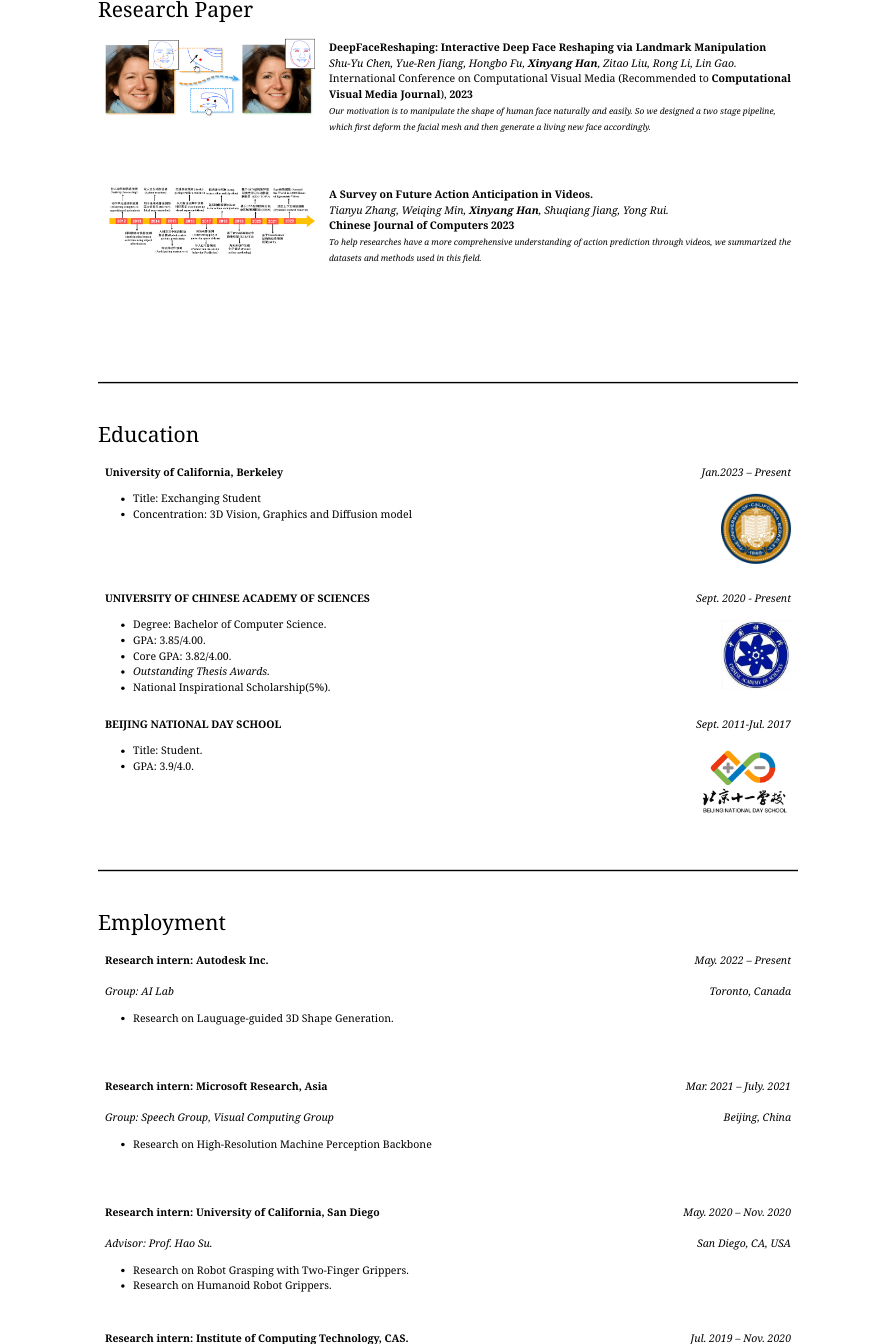
Repository: XinyangHan/XinyangHan.github.io
Page: index.html
These files come from the project's save history. The page is drawn as it stood at one moment and after the next save; the edit follows.
The browser window is 1280 px wide. The pictures show the part of the page from y = 692 to 2612 px (the page is 3293 px tall), at 70% of full size.

Above is the page before, as saved 2023-02-11 14:23:10.
Console error (its wording comes from the project's code and is left out).

### index.html
<!DOCTYPE html>
<html>

<head>
	<meta charset="utf-8">
	<meta name="keywords" content="Rao FU, Rao FU, Rao Fu Homepage, Rao Fu Webpage, Rao Fu UCAS, Rao Fu Brown">
	<meta name="description" content="Rao FU's homepage">
	<meta name="viewport" content="width=device-width, initial-scale=1">
	<title>Rao FU | Homepage</title>
	<link href="style.css" rel="stylesheet" />
	<style>
	</style>



</head>

<body>
<!-------------------------------------------------- Header -------------------------------------------------->
<div id="header">
	<h1> Xinyang Han </h1>
	<h2>Computer Vision/Computer Graphics/Deep Learning</h2>
</div><!-- Header -->

<!-------------------------------------------------- Navbar -------------------------------------------------->
<div id="nav-wrapper">
<div id="nav">
			<button class="btn active" onclick="window.location.href = './index.html#content_home';">Home</button>
			<button class="btn" onclick="window.location.href = './index.html#content_project';">Research</button>
			<button class="btn" onclick="window.location.href = './index.html#content_exp';">Experience</button>
			<button class="btn" onclick="window.location.href = './resource/My_CV.pdf'; target='_blank'; ">CV</button>
			<button class="btn" onclick="window.location.href = './index.html#c_contact_biography';">Contact</button>
			<!-- <a href="./index.html#content_home" class="active">Home</a>  -->
			<!-- <a href="./index.html#content_project">Research</a> -->
			<!-- <a href="./index.html#content_exp">Experience</a> -->
			<!-- <a href="./resource/MY_CV.pdf">CV</a> -->
			<!-- <a href="./index.html#c_contact_biography">Contact</a> -->
</div> <!-- #nav -->
</div>

<!-------------------------------------------------- Script -------------------------------------------------->
<script>
	// Get the container element
	var btnContainer = document.getElementById("nav");

	// Get all buttons with class="btn" inside the container
	var btns = btnContainer.getElementsByClassName("btn");

	// Loop through the buttons and add the active class to the current/clicked button
	for (var i = 0; i < btns.length; i++) {
	btns[i].addEventListener("click", function() {
		var current = document.getElementsByClassName("active");
		current[0].className = current[0].className.replace(" active", "");
		this.className += " active";
	});
	}
</script>

<!-------------------------------------------------- Content Home-------------------------------------------------->
<div class="content"  id="content_home">

	<div class="c_home_wrapper">
		<div id="c_biography">
			<strong id="c_font1">Hello,</strong><br>
			<span class="c_font2">a bit about me:</span><br>
			<p class="c_font3">
				I am a concurrent student at UC Berkeley, and an undergraduate an UCAS, where I am happy to work with Prof. Lin Gao and Prof. Shuqiang Jiang.
			</p>
			<p class="c_font3">
				My research intereset lies in 3D Generation models and Logical thinking of artificial intelligence.
			</p>
			<p class="c_font3">
				I am passionate about digital art, reading, hiking and making friends.
			</p>
		</div>

		<div id="c_profile">
			<div class="c_thumbnail">
				<img src="img/round_profile.png" id="buttons" alt="profile_button" >
				<div class="overlay">
					<p>
						勿戳！<br>
						Don't poke my cheeks!<br>
						¡no me toques las mejillas! <br>
						मेरे गाल मत दबाओ! <br>
						আমার গালে খোঁচা দিও না! <br>
						não cutuque minhas bochechas! <br>
						не тыкай меня в щеки! <br>
						私の頬をつつかないで！ <br>
						ਮੇਰੀਆਂ ਗੱਲ੍ਹਾਂ ਨੂੰ ਨਾ ਮਾਰੋ! <br>
						唔好戳我嘅脸颊！<br>
						đừng chọc má tôi!<br>
						నా బుగ్గలు కుట్టకు!<br>
						yanaklarımı dürtme!<br>
						내 뺨을 찌르지 마! <br>
						ne touchez pas mes joues!<br>
						stoß mir nicht in die Wangen!<br>
						என் கன்னங்களை குத்தாதே!<br>
						میرے گالوں کو مت مارو!<br>
						ojo nyocot pipiku!<br>
						non toccarmi le guance!<br>
						لا تكز خدي!<br>
					</p>
				</div>
			</div>
		</div>

		<div id="c_info">
			<!-- <strong id="c_font4">And more</strong><br>
			<strong id="c_font4">about me</strong><br> -->
			<span class="c_font2_1"> and more about me... </span><br>
			<!-- CONTENT TODO -->
			<div class="thumbnail">
				<img src="img/email_icon.jpg" id="button0" alt="email_button" >
				<div class="overlay" onclick="window.location.href = 'hanxinyang20a@mails.ucas.ac.cn';" >
					<p>Email to<br>Say Hi</p>
				</div>
			</div> <!-- .thumbnail -->


			<div class="thumbnail">
				<img src="img/cv_icon.jpg" id="button1" alt="cv_button" >
				<div class="overlay"  onclick="window.location.href='./resource/Xinyang_Han_CV.pdf'; " >
					<p>CV/<br>Resume</p>
				</div>
			</div> <!-- .thumbnail -->

			<!-- <div class="thumbnail">
				<img src="img/gs_icon.png" id="button2" alt="google_button" >
				<div class="overlay" onclick="window.location.href = 'https://scholar.google.com/citations?hl=en&user=VWMWQEcAAAAJ';" >
					<p>Google<br>Scholar</p>
				</div>
			</div>  -->

			<div class="thumbnail">
				<img src="img/linkedin_icon.png" id="button3" alt="lkin_icon" >
				<div class="overlay" onclick="window.location.href = 'https://www.linkedin.com/in/xinyang-han-313bba265/;" >
					<p>LinkedIn<br>Profile</p>
				</div>
			</div> <!-- .thumbnail -->

			<div class="thumbnail">
				<img src="img/ucas_button.png" id="button4" alt="ucas_button" >
				<div class="overlay" onclick="window.location.href = 'https://en.wikipedia.org/wiki/University_of_the_Chinese_Academy_of_Sciences/';" >
					<p>B.E.@<br>UCAS</p>
				</div>
			</div> <!-- .thumbnail -->

			<div class="thumbnail">
				<img src="img/Seal_of_University_of_California,_Berkeley.svg.png" id="button5" alt="brown_button">
				<div class="overlay" onclick="window.location.href = 'https://www.berkeley.edu/';" >
					<p>Exchanging student.@<br>UCB
					</p>
				</div>
			</div> <!-- .thumbnail -->

			<!--<div class="thumbnail">
				<img src="img/cat_icon.jpg" id="button6" alt="cat_button">
				<div class="overlay" onclick="window.location.href = 'https://instagram.com/inocchi_mew?r=nametag';" >
					<p>My Cat<br>Inocchi
					</p>
				</div>
			</div>  .thumbnail -->

			<div class="thumbnail">
				<img src="img/art_icon.jpg" id="button6" alt="art_button">
				<div class="overlay" onclick="window.location.href = './index.html#content_home';" >
					<p>Arts<br>Todo...</p>
				</div>
			</div> <!-- .thumbnail -->

		</div>
	</div><!-- Home Wrapper-->

	<div class="clearfloat"></div>
</div><!-- Content Home-->

<!-------------------------------------------------- Content Project -------------------------------------------------->
<div class="content">

	<div class="c_public_wrapper" id="content_project">
		<div class="c_font1_1">Research Paper</div>

		<div class="c_public">
			<div class="disp_wrapper">
				<!-- <a href="./img/HRFormer.png" data-lightbox="project1" data-title="HRFormer2 Structure"> -->
					<img src="./img/DeepFaceReshaping.png" class="project_img" title="ShapeCrafter Structure">
				<!-- </a> -->
				<!-- <p class="small_font">click image for details</p> -->
			</div>
			<strong>DeepFaceReshaping: Interactive Deep Face Reshaping via Landmark Manipulation</strong>
			<br><em>Shu-Yu Chen, Yue-Ren Jiang, Hongbo Fu, <strong>Xinyang Han</strong>, Zitao Liu, Rong Li, Lin Gao. </em>
			<br>International Conference on Computational Visual Media (Recommended to <strong>Computational Visual Media Journal</strong>), <strong>2023</strong></em>
			<br><em class="small_font">Our motivation is to manipulate the shape of human face naturally and easily. So we designed a two stage pipeline, which first deform the facial mesh and then generate a living new face accordingly.</em>
			<!-- <br><a href="https://arxiv.org/abs/2207.09446" class="small_font">[paper]</a>
			<a href="https://ivl.brown.edu/projects/shapecrafter" class="small_font">[project]</a>	-->
		</div>

		<div class="c_public">
			<div class="disp_wrapper">
				<!-- <a href="./img/HRFormer.png" data-lightbox="project1" data-title="HRFormer2 Structure"> -->
					<img src="./img/ai_prediction.png" class="project_img" title="ShapeCrafter Structure">
				<!-- </a> -->
				<!-- <p class="small_font">click image for details</p> -->
			</div>
			<strong>A Survey on Future Action Anticipation in Videos.</strong>
			<br><em>Tianyu Zhang, Weiqing Min, <strong>Xinyang Han</strong>, Shuqiang Jiang, Yong Rui. </em>
			<br><strong>Chinese Journal of Computers 2023</strong></em>
			<br><em class="small_font">To help researches have a more comprehensive understanding of action prediction through videos, we summarized the datasets and methods used in this field.</em>
			<!-- <br><a href="https://arxiv.org/abs/2207.09446" class="small_font">[paper]</a>
			<a href="https://ivl.brown.edu/projects/shapecrafter" class="small_font">[project]</a>	-->
		</div>
	</div>
	<div class="clearfloat"></div>
</div><!-- Content Project-->

<!-------------------------------------------------- Content Experiment-------------------------------------------------->
<div class="content">

	<div class="c_education_wrapper" id="content_exp">
		<div class="c_font1_1">Education</div>

		<div class="c_education">
			<strong>University of California, Berkeley</strong>
			<em class="dates">Jan.2023 – Present</em>
			<div class="clearfloat"></div>
			<div class="logo_wrapper">
				<img class="schoollogo" src="./img/Seal_of_University_of_California,_Berkeley.svg.png" alt="BROWN Logo" />
			</div>
			<ul>
			<li>Title: Exchanging Student</li>
			<li>Concentration: 3D Vision, Graphics and Diffusion model</li>
			</ul>
		</div>

		<div class="c_education">
			<strong>UNIVERSITY OF CHINESE ACADEMY OF SCIENCES</strong>
			<em class="dates">Sept. 2020 - Present</em>
			<div class="clearfloat"></div>
			<div class="logo_wrapper">
				<img class="schoollogo" src="./img/cas_logo.jpg" alt="CAS Logo" />
			</div>
			<ul>
			<li>Degree: Bachelor of Computer Science.</li>
			<li>GPA: 3.85/4.00.</li>
			<li>Core GPA: 3.82/4.00.</li>
			<li><em>Outstanding Thesis Awards.</em> </li>
			<li><em></em>National Inspirational Scholarship(5%).</em></li>
			</ul>
		</div>

		<!-- <div class="c_education">
			<strong>UNIVERSITY OF SOUTHERN CALIFORNIA</strong>
			<em class="dates">Jan. 2020-May. 2020</em>
			<div class="clearfloat"></div>
			<div class="logo_wrapper">
				<img class="schoollogo" src="./img/usc_logo.png" alt="USC Logo" />
			</div>
			<ul>
			<li>Title: Visiting Student.</li>
			<li>GPA: 4.00/4.00.</li>
			</ul>

		</div> -->

		<div class="c_education">
			<strong>BEIJING NATIONAL DAY SCHOOL</strong>
			<em class="dates">Sept. 2011-Jul. 2017</em>
			<div class="clearfloat"></div>
			<div class="logo_wrapper">
				<img class="schoollogo" src="./img/bnds_logo.png" alt="USC Logo" />
			</div>
			<ul>
			<li>Title: Student.</li>
			<li>GPA: 3.9/4.0.</li>
			</ul>

		</div>
	</div>

	<div class="c_intern_wrapper">
		<div class="c_font1_1">Employment</div>

		<div class="c_intern">
			<strong>Research intern: Autodesk Inc.</strong>
				<em class="dates">May. 2022 – Present</em>
			<br><br><em>Group: AI Lab</em><em class="dates">Toronto, Canada</em>
			<ul>
				<li>Research on Lauguage-guided 3D Shape Generation.</li>
			</ul>
		</div>

		<div class="c_intern">
			<strong>Research intern: Microsoft Research, Asia</strong>
				<em class="dates">Mar. 2021 – July. 2021</em>
			<br><br><em>Group: Speech Group, Visual Computing Group</em><em class="dates">Beijing, China</em>
			<ul>
				<li>Research on High-Resolution Machine Perception Backbone</li>
			</ul>
		</div>

		<div class="c_intern">
			<strong>Research intern: University of California, San Diego</strong>
				<em class="dates">May. 2020 – Nov. 2020</em>
			<br><br><em>Advisor: Prof. Hao Su.</em><em class="dates">San Diego, CA, USA</em>
			<ul>
				<li>Research on Robot Grasping with Two-Finger Grippers.</li>
				<li>Research on Humanoid Robot Grippers.</li>
			</ul>
		</div>

		<div class="c_intern">
				<strong>Research intern: Institute of Computing Technology, CAS.</strong>
					<em class="dates">Jul. 2019 – Nov. 2020</em>
				<br><br><em>Advisor: Prof. Lin Gao</em> <em class="dates">Beijing, China</em>
				<ul>
					<li>Research on Fine-grained 3D Shape Retrieval.</li>
					<li>Research on Talking Head Generation.</li>
				</ul>
		</div>
	</div>

	<div class="clearfloat"></div>

</div><!-- Content Experiment-->

<!-------------------------------------------------- Content Contact-------------------------------------------------->
<div class="content">
	<div class="c_contact_wrapper">
	<!-- 	<div id="c_contact_biography">
			<span class="c_font1_1">Contact me:</span><br>
			<p class="c_font3">
			Email: <a href="mailto:rao_fu@brown.edu">rao_fu@brown.edu</a>
			</p>
			<p class="c_font3">
			Mail: Brown University Box 1910, Providence, RI 02912
			</p>
		</div> -->

		<div id="c_contact_profile">
			<span class="c_font1_1">Buy me a Boba:</span><br>
			<p class="c_font3">
			If you like my homepage and think it's useful, welcome to buy me a Boba via Wechat or Paypal down here:
			</p>
			<div id="c_contact_thumbnail_1">
			</div>
			<div id="c_contact_thumbnail_2">
			</div>
		</div>

		<div class="clearfloat"></div>
	</div><!-- Content Contact Wrapper-->
</div><!-- Content Contact -->


<div class="clearfloat"></div>
<!-------------------------------------------------- Footer -------------------------------------------------->
<div id="footer">
	<!-- <div class="b_thumbnail">
		<img class="b_img" src="img/i3.png" alt="email">
	</div>
	<div class="b_font">
		<a href="mailto:rao_fu@brown.edu">rao_fu@brown.edu</a>
	</div>
	<div class="b_thumbnail">
		<img class="b_img" src="img/i4.png" alt="git">
	</div>
	<div class="b_font">
		<a href="https://github.com/freddierao">github.com/freddierao</a>
	</div>	 -->
	<div class="b_thumbnail">
		<img class="b_img" src="img/i2.png" alt="copyright">
	</div>
	<div class="b_font">
		&copy; 2022 by Rao FU
	</div>
	<div class="clearfloat"></div>
</div><!-- Footer -->
<script>
window.onscroll = function() {myFunction()};

var navbar = document.getElementById("nav-wrapper");
var sticky = navbar.offsetTop;

function myFunction() {
  if (window.pageYOffset >= sticky) {
    navbar.classList.add("sticky")
  } else {
    navbar.classList.remove("sticky");
  }
}
</script>
</body>
</html>

Loaded but not shown: style.css (556 lines, source omitted)

After the next save:
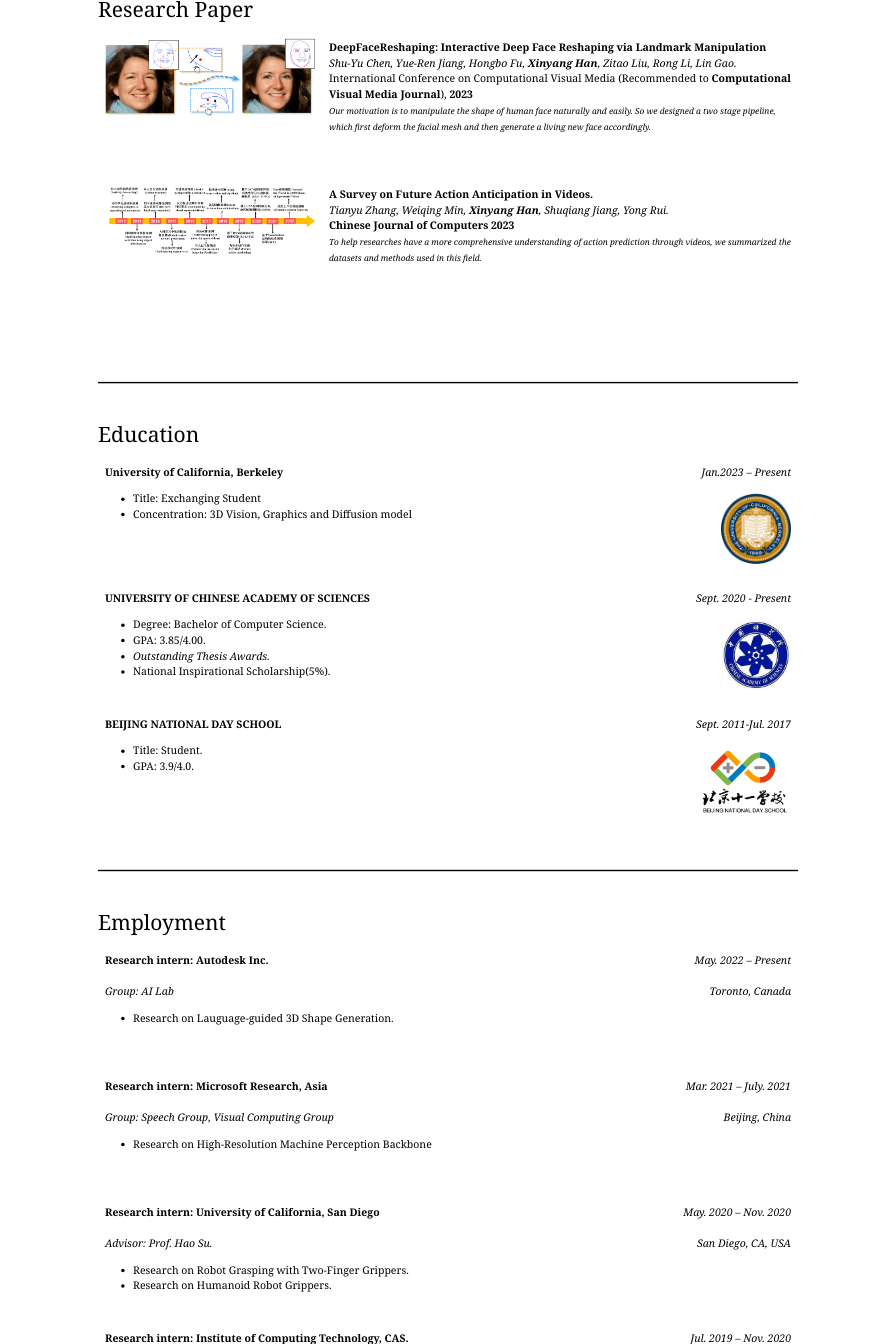
Saved 15 s later.
--- a/index.html
+++ b/index.html
@@ -243,7 +243,7 @@
 			<ul>
 			<li>Degree: Bachelor of Computer Science.</li>
 			<li>GPA: 3.85/4.00.</li>
-			<li>Core GPA: 3.82/4.00.</li>
+			<!-- <li>Core GPA: 3.82/4.00.</li> -->
 			<li><em>Outstanding Thesis Awards.</em> </li>
 			<li><em></em>National Inspirational Scholarship(5%).</em></li>
 			</ul>
